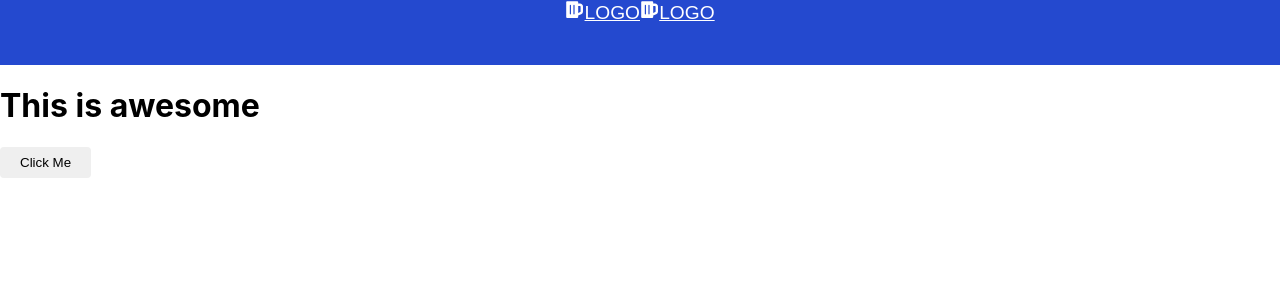
Repository: ajaygc95/Django-and-react
Page: / (app in galamart_sell/reactfrontend/)
The author's editor kept a copy of each file at every save. The page is drawn from the files as they stood at one save, then again after the next save.
The browser window is 1280 px wide. The pictures show the whole page.
The project was rebuilt for these pictures with package versions that can differ from the ones it lists, and the page was loaded fresh each time. Also part of the build but not shown: galamart_sell/reactfrontend/src/components/Button.js, galamart_sell/reactfrontend/src/components/About.js, galamart_sell/reactfrontend/src/components/Shop.css, galamart_sell/reactfrontend/src/components/Shop.js, galamart_sell/reactfrontend/src/components/ItemDetail.js.

Above is the page before, as saved 2021-04-07 11:28:07.

### galamart_sell/reactfrontend/src/App.js
import React from "react";
import HeroPage from "./components/HeroPage";
import Nav from "./components/Nav";
import { BrowserRouter as Router, Switch, Route } from "react-router-dom";
import About from "./components/About";
import Shop from "./components/Shop";
import ItemDetail from "./components/ItemDetail";

function App() {
  return (
    <Router>
      <div className="container">
        <Nav></Nav>
        <Switch>
          <Route path="/" exact component={HeroPage}></Route>
          {/* <Route path="/about" component={About} />
          <Route path="/shop" exact component={Shop} />
          <Route path="/shop/:id" component={ItemDetail} /> */}
        </Switch>
      </div>
    </Router>
  );
}

export default App;

### galamart_sell/reactfrontend/src/components/HeroPage.js
import React from 'react'

function HeroPage() {
    return (
       <>
       <h1>This is awesome</h1>
       <div className='container'>
           <button className='btn btn-success'>Click Me</button>
       </div>
       </>
    )
}

export default HeroPage

### galamart_sell/reactfrontend/src/components/Nav.js
import React, { useState } from "react";
import { Link } from "react-router-dom";
import { FaBars, FaTimes, FaBeer } from "react-icons/fa";
import { Button } from "./Button";
import "./Nav.css";

function Nav() {
  const [click, setclick] = useState(false);
  const [button, setbutton] = useState(true);
  const handleClick = () => setclick(!click);

  const showButton = () => {
    if (window.innerWidth <= 960) {
      setbutton(false);
    } else {
      setbutton(true);
    }
  };

  window.addEventListener("resize", showButton);

  return (
    <>
      <nav className="navbar">
        <div className="navbar-container container">
          <Link to="/" className="navbar-logo">
            <FaBeer className="navbar-icon"></FaBeer>
            LOGO
          </Link>
        </div>
        <div className="navbar-container container">
          <Link to="/" className="navbar-logo">
            <FaBeer className="navbar-icon"></FaBeer>
            LOGO
          </Link>
        </div>
      </nav>
    </>
  );
}

export default Nav;

### galamart_sell/reactfrontend/src/components/Nav.css
.navbar {
  background: #2449cf;
  height: 65px;
  width: 100%;

  font-family: Arial, Helvetica, sans-serif;

  display: flex;
  justify-content: center;


}

.navbar-logo {
  color: white;
  font-size: 1.2rem;
}

/* .navbar {
  background: #2449cf;
  height: 65px;
  display: flex;
  justify-content: center;
  align-items: center;
  font-size: 1.2rem;
  position: sticky;
  top: 0;
}

.container {
  z-index: 1;
  width: 100%;
  margin-right: auto;
  margin-left: auto;
  padding-right: 50px;
  padding-left: 50px;
}

.navbar-container {
  display: flex;
  justify-content: space-between;
  height: 65px;
}

.navbar-logo {
  color: #fff;
  justify-self: start;
  cursor: pointer;
  text-decoration: none;
  font-size: 2rem;
  display: flex;
  align-items: center;
}

.navbar-icon {
  margin-right: 0.5rem;
} */

/*



.navbar-logo {
  color: #fff;
  justify-self: start;
  cursor: pointer;
  text-decoration: none;
  font-size: 2rem;
  display: flex;
  align-items: center;
}

.navbar-icon {
  margin-right: 0.5rem;
}

.nav-menu {
  display: flex;
  align-items: center;
  justify-content: center;
  list-style: none;
  text-align: center;
  justify-content: end;
}

.nav-item {
  height: 80px;
  border-bottom: 2px solid transparent;
}

.nav-item:hover {
  border-bottom: 2px solid #f00946;
}

.nav-links {
  color: #fff;
  display: flex;
  align-items: center;
  text-decoration: none;
  padding: 0.5rem 1rem;
  height: 100%;
}

.fa-bars {
  color: #fff;
}

.menu-icon {
  display: none;
}

@media screen and (max-width: 960px) {
  .NavbarItems {
    position: relative;
  }

  .nav-menu {
    display: flex;
    flex-direction: column;
    width: 100%;
    height: 90vh;
    position: absolute;
    top: 80px;
    left: -100%;
    opacity: 1;
    transition: all 0.5s ease;
  }

  .nav-menu.active {
    background: #1c2237;
    left: 0;
    opacity: 1;
    transition: all 0.6s ease;
    z-index: 1;
  }

  .nav-links {
    text-align: center;
    padding: 2rem;
    width: 100%;
    display: table;
  }

  .nav-links:hover {
    color: #f00946;
    transform: scale(1.2);
    transition: all 0.3s ease;
  }

  .nav-item:hover {
    border: none;
  }

  .nav-item {
    width: 100%;
  }

  .navbar-logo {
    position: absolute;
    top: 0;
    left: 0;
    transform: translate(25%, 50%);
  }

  .menu-icon {
    display: block;
    position: absolute;
    top: 0;
    right: 0;
    transform: translate(-100%, 60%);
    font-size: 1.8rem;
    cursor: pointer;
  }

  .fa-times {
    color: #fff;
    font-size: 2rem;
  }

  .nav-btn {
    display: flex;
    justify-content: center;
    align-items: center;
    width: 100%;
    height: 120px;
  }
} */

### galamart_sell/reactfrontend/src/components/Button.css
:root {
  --primary: #fff;
}

.btn {
  padding: 8px 20px;
  border-radius: 4px;
  outline: none;
  border: none;
  cursor: pointer;
  white-space: nowrap;

}

.btn--primary {
  background-color: var(--primary);
  color: #242424;
  border: 1px solid var(--primary);
}

.btn--outline {
  background-color: transparent;
  color: #fff;
  padding: 8px 20px;
  border: 1px solid var(--primary);
  transition: all 0.3s ease-out;
}

.btn--medium {
  padding: 8px 20px;
  font-size: 18px;
}

.btn--large {
  padding: 12px 26px;
  font-size: 20px;
}

.btn--mobile {
  text-align: center;
  border-radius: 4px;
  width: 80%;
  text-decoration: none;
  font-size: 1.5rem;
  background-color: transparent;
  color: #fff;
  padding: 14px 20px;
  border: 1px solid #fff;
  transition: all 0.3s ease-out;
}

.btn--wide {
  padding: 12px 64px;
  font-size: 20px;
}

.btn--large:hover,
.btn--medium:hover,
.btn--mobile:hover {
  transition: all 0.3s ease-out;
  background: #fff;
  color: #242424;
}

.btn--wide:hover {
  color: #fff;
  background-color: #f00946;
  transition: all 0.2s ease-out;
}

.btn-link {
  display: flex;
  justify-content: center;
  align-items: center;
  text-decoration: none;
  padding: 8px 16px;
  height: 100%;
  width: 100%;
}

.blue {
  background-color: #276afb;
  color: #fff;
  border: none;
}

.red {
  background-color: #f00946;
  color: #fff;
  border: none;
}

.primary {
  background-color: #242424;
  color: #fff;
  border: none;
}

.primary:hover {
  background-color: #fff;
  color: #242424;
  border: none;
}

.green {
  background: #25ce4a;
  color: #fff;
  border: none;
}

.green:hover {
  background-color: #242424;
}

Loaded but not shown: galamart_sell/reactfrontend/public/index.html (common file); galamart_sell/reactfrontend/src/index.js (common file); galamart_sell/reactfrontend/src/index.css (common file); galamart_sell/reactfrontend/src/reportWebVitals.js (common file)

After the next save:
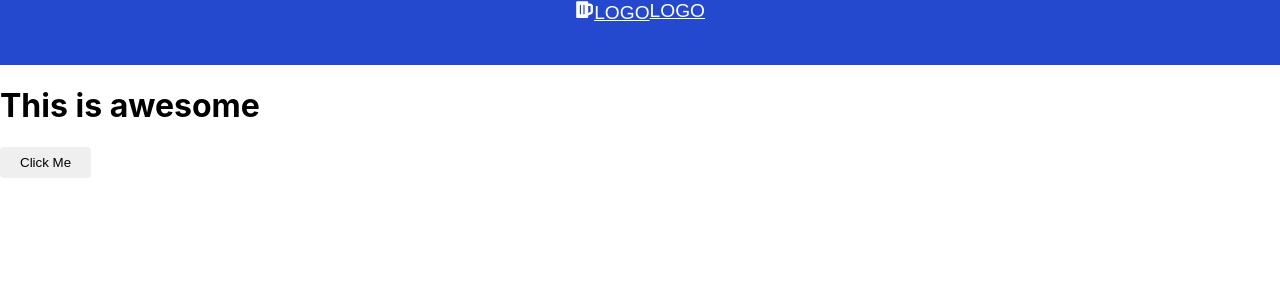
Saved 15 s later.
--- a/galamart_sell/reactfrontend/src/components/Nav.js
+++ b/galamart_sell/reactfrontend/src/components/Nav.js
@@ -30,7 +30,6 @@ function Nav() {
         </div>
         <div className="navbar-container container">
           <Link to="/" className="navbar-logo">
-            <FaBeer className="navbar-icon"></FaBeer>
             LOGO
           </Link>
         </div>
